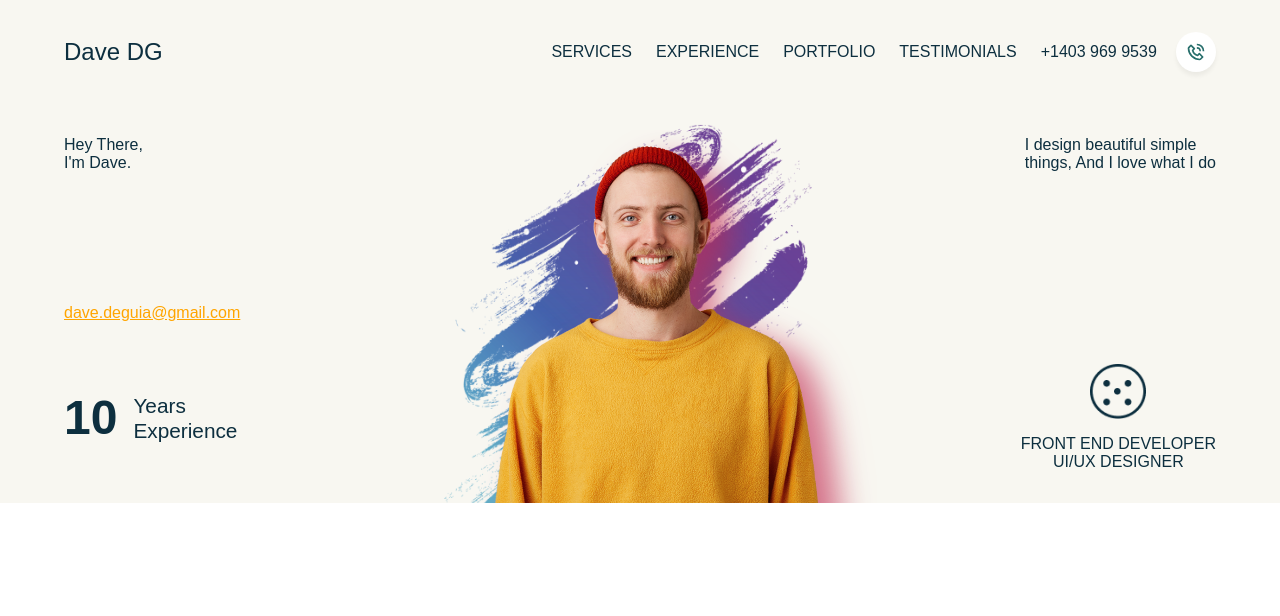
Repository: davedeguia/framer-motion-portfolio
Page: /
The author's editor kept a copy of each file at every save. The page is drawn from the files as they stood at one save, then again after the next save.
The browser window is 1280 px wide. The pictures show the whole page.
Some web fonts or font styles are not loaded; a fallback is used. The project was rebuilt for these pictures with package versions that can differ from the ones it lists, and the page was loaded fresh each time. Also part of the build but not shown: vite.config.js.

Above is the page before, as saved 2023-02-10 04:45:00.

### index.html
<!DOCTYPE html>
<html lang="en">
  <head>
    <meta charset="UTF-8" />
    <link rel="icon" type="image/svg+xml" href="/vite.svg" />
    <meta name="viewport" content="width=device-width, initial-scale=1.0" />
    <link rel="stylesheet" href="https://stijndv.com/fonts/Eudoxus-Sans.css" />
      <title>Dave DG</title>
  </head>
  <body>
    <div id="root"></div>
    <script type="module" src="/src/main.jsx"></script>
  </body>
</html>

### src/main.jsx
import React from 'react'
import ReactDOM from 'react-dom/client'
import App from './App'
import './styles/index.css'
import './styles/global.scss'

ReactDOM.createRoot(document.getElementById('root')).render(
  <React.StrictMode>
    <App />
  </React.StrictMode>
)

### src/App.jsx
import Header from './components/Header/Header'
import Hero from './components/hero/Hero'
import css from './styles/app.module.scss'

const App = () => {
  return (
    <div className={`bg-primary ${css.container}`}>
      <Header />
      <Hero />
    </div>
  )
}

export default App

### src/styles/index.css
* {
    margin: 0;
    padding: 0;
    box-sizing: border-box;
    scroll-behavior: smooth;
    font-family: "Eudoxus Sans", sans-serif;
  }

### src/styles/global.scss
@import './constants.scss';

.bg-primary {
  background: #F8F7F1;
}

.innerWidth {
  @media (min-width: $xxl) {
    max-width: 1280px;
    margin: auto;
  }

  width: 100%;
}

.paddings {
  @media (min-width: $sm) {
    padding: 4rem;
  }


  @media (min-width: $xl),
  (min-width: $md) {
    padding-top: 2rem;
    padding-bottom: 2rem;
  }

  padding-left: 1.5rem;
  padding-right: 1.5rem;
  padding-top: 1.5rem;
  padding-bottom: 1.5rem;
}



.xPaddings {
  @media (min-width: $sm) {
    padding-left: 4rem;
    padding-right: 4rem;
  }

  padding-left: 1.5rem;
  /* 24px */
  padding-right: 1.5rem;
  /* 24px */
}

.yPaddings {
  @media (min-width: $sm) {
    padding-top: 4rem;
    padding-bottom: 4rem;
  }

  @media (min-width: $xl) {
    padding-top: 2rem;
    padding-bottom: 2rem;
  }

  padding-top: 3rem;
  padding-bottom: 3rem;
}

.topPaddings {
  @media (min-width : $sm) {
    padding-top: 4rem;
  }

  @media (min-width: $xl) {
    padding-top: 2rem;
  }

  padding-top: 3rem;
}


.bottomPaddings {
  @media (min-width : $sm) {
    padding-bottom: 4rem;
  }

  @media (min-width: $xl) {
    padding-bottom: 2rem;
  }

  padding-bottom: 3rem;
}


.flexCenter {
  display: flex;
  justify-content: center;
  align-items: center;
}

.flexStart {
  display: flex;
  justify-content: start;
  align-items: center;
}

.flexEnd {
  display: flex;
  justify-items: end;
}

.primaryText {
  @media (max-width: $sm) {
    font-size: 2.5rem;
  }
  font-size: 3rem;
  font-weight: bold;
}

.secondaryText {
  @media (max-width: $sm) {
    font-size: 1.1rem;
    line-height: 40px;
  }
  line-height: 50px;
  font-size: 1.3rem;
  font-weight: 500
}
.anchor {
  display: block;
  position: relative;
  top: -100px;
  visibility: hidden;
}

### src/components/Header/Header.jsx
import React, { useState } from 'react'
import css from './Header.module.scss'
import { BiMenuAltRight, BiPhoneCall } from 'react-icons/bi'
import { motion } from 'framer-motion'
import { getMenuStyles, headerVariants } from '../../utils/motion'
import useHeaderShadow from '../../hooks/useHeaderShadow'

const Header = () => {
  const [menuOpened, setMenuOpened] = useState(false)
  const headerShadow = useHeaderShadow()
  return (
    <motion.div
      initial='hidden'
      whileInView='show'
      variants={headerVariants}
      viewport={{ once: false, amount: 0.25 }}
      className={`paddings ${css.wrapper}`}
      style={{ boxShadow: headerShadow }}
    >
      <div className={`flexCenter innerWidth ${css.container}`}>
        <div className={css.name}>Dave DG</div>
        <ul
          style={getMenuStyles(menuOpened)}
          className={`flexCenter ${css.menu}`}
        >
          <li>
            <a href=''>Services</a>
          </li>

          <li>
            <a href=''>Experience</a>
          </li>

          <li>
            <a href=''>Portfolio</a>
          </li>

          <li>
            <a href=''>Testimonials</a>
          </li>

          <li className={`flexCenter ${css.phone}`}>
            <p>+1403 969 9539</p>
            <BiPhoneCall size={'40px'} />
          </li>
        </ul>
        {/* for medium and small screens */}
        <div
          className={css.menuIcon}
          onClick={() => setMenuOpened((prev) => !prev)}
        >
          <BiMenuAltRight size={30} />
        </div>
      </div>
    </motion.div>
  )
}

export default Header

### src/components/hero/Hero.jsx
import React from 'react'
import css from './Hero.module.scss'
import { motion } from 'framer-motion'
import { staggerContainer } from '../../utils/motion'

const Hero = () => {
  return (
    <section className={`paddings ${css.wrapper}`}>
      <motion.div
        variants={staggerContainer}
        initial='hidden'
        whileInView='show'
        viewport={{ once: false, amount: 0.25 }}
        className={`innerWidth ${css.container}`}
      >
        {/* upper elements */}
        <div className={css.upperElements}>
          <span>
            Hey There, <br /> I'm Dave.
          </span>
          <span>
            I design beautiful simple <br /> things, And I love what I do
          </span>
        </div>

        {/* person image */}
        <div className={css.person}>
          <img src='./person.png' alt='' />
        </div>

        {/* email */}
        <a className={css.email} href='mailto:dave.deguia@gmail.com'>
          dave.deguia@gmail.com
        </a>

        {/* lower elements */}
        <div className={css.lowerElements}>
          <div className={css.experience}>
            <div className='primaryText'>10</div>
            <div className='secondaryText'>
              <div>Years</div>
              <div>Experience</div>
            </div>
          </div>
          <div className={css.certificate}>
            <img src='./certificate.png' alt='' />
            <span>FRONT END DEVELOPER</span>
            <span>UI/UX DESIGNER</span>
          </div>
        </div>
      </motion.div>
    </section>
  )
}

export default Hero

### src/styles/app.module.scss
@import './constants.scss';

.container{
    overflow-x: clip;
    position: relative;
    color: $primary;

}

### src/components/Header/Header.module.scss
@import './../../styles/constants.scss';

.wrapper {
    position: relative;
    z-index: 99;
    opacity: 1;
    transform: none;
    position: sticky;
    top: 0px;
    transition: all 300ms ease;

    .container {
        position: relative;
        justify-content: space-between;
        font-weight: 500;

        .name {
            font-size: 1.5rem;
            font-weight: 500;
        }

        .menu {

            @media (max-width: $sm),
            (max-width: $md) {
                position: absolute;
                list-style: none;
                gap: 2rem;
                font-weight: 500;
                flex-direction: column;
                right: 0;
                top: 3rem;
                height: calc(100vh - 6.3rem);
                width: 50%;
                min-width: 15rem;
                background: white;
                padding: 2rem;
                display: flex;
                border-radius: 10px;
                transition: all 200ms ease;
                align-items: flex-start;
                padding: 3rem;
                justify-content: flex-start;
                box-shadow: 0px 4px 4px rgba(0, 0, 0, 0.05);
            }

            text-transform: uppercase;
            font-size: 1rem;
            list-style: none;
            gap: 1.5rem;
            cursor: pointer;

            li {
                a {
                    color: inherit;
                    text-decoration: none;
                }

                &:hover {
                    color: $secondary;
                }
            }

            .phone {
                gap: 1.2rem;
                flex-wrap: wrap;

                svg {
                    color: $secondary;
                    background-color: white;
                    padding: 10px;
                    border-radius: 999px;
                    box-shadow: 0px 4px 4px rgba(0, 0, 0, 0.05);
                }
            }
        }



        .menuIcon {

            @media (max-width: $sm),
            (max-width: $md) {
                display: block;
            }

            display: none;
        }
    }
}

### src/utils/motion.js
export const headerVariants = {
  hidden: {
    opacity: 0,
    y: -50,
    transition: {
      type: 'spring',
      stiffness: 300,
      damping: 140,
    },
  },
  show: {
    opacity: 1,
    y: 0,
    transition: {
      type: 'spring',
      stiffness: 80,
      delay: 1,
    },
  },
}

export const slideIn = (direction, type, delay, duration) => ({
  hidden: {
    x: direction === 'left' ? '-100%' : direction === 'right' ? '100%' : 0,
    y: direction === 'up' ? '100%' : direction === 'down' ? '100%' : 0,
  },
  show: {
    x: 0,
    y: 0,
    transition: {
      type,
      delay,
      duration,
      ease: 'easeOut',
    },
  },
})

export const staggerContainer = (staggerChildren, delayChildren) => ({
  hidden: {},
  show: {
    transition: {
      staggerChildren,
      delayChildren,
    },
  },
})

export const textVariant = (delay) => ({
  hidden: {
    y: 50,
    opacity: 0,
  },
  show: {
    y: 0,
    opacity: 1,
    transition: {
      type: 'spring',
      duration: 1.25,
      delay,
    },
  },
})

export const textVariant2 = {
  hidden: {
    opacity: 0,
    y: 20,
  },
  show: {
    opacity: 1,
    y: 0,
    transition: {
      type: 'tween',
      ease: 'easeIn',
    },
  },
}

export const fadeIn = (direction, type, delay, duration) => ({
  hidden: {
    x: direction === 'left' ? 100 : direction === 'right' ? -100 : 0,
    y: direction === 'up' ? 100 : direction === 'down' ? -100 : 0,
    opacity: 0,
  },
  show: {
    x: 0,
    y: 0,
    opacity: 1,
    transition: {
      type,
      delay,
      duration,
      ease: 'easeOut',
    },
  },
})

export const zoomIn = (delay, duration) => ({
  hidden: {
    scale: 0,
    opacity: 0,
  },
  show: {
    scale: 1,
    opacity: 1,
    transition: {
      type: 'tween',
      delay,
      duration,
      ease: 'easeOut',
    },
  },
})

export const footerVariants = {
  hidden: {
    opacity: 0,
    y: 50,
    transition: {
      type: 'spring',
      stiffness: 300,
      damping: 140,
    },
  },
  show: {
    opacity: 1,
    y: 0,
    transition: {
      type: 'spring',
      stiffness: 80,
      delay: 0.5,
    },
  },
}

export const staggerChildren = {
  hidden: { opacity: 0 },
  show: {
    opacity: 1,
    transition: {
      staggerChildren: 0.5,
    },
  },
}

export const getMenuStyles = (menuOpened) => {
  if (document.documentElement.clientWidth <= 640) {
    return { right: !menuOpened && '-100%' }
  }
}

### src/components/hero/Hero.module.scss
@import './../../styles/constants.scss';

.wrapper {
    overflow: hidden;

    .container {
        position: relative;
        z-index: 1;

        .upperElements {
            @media (max-width: $sm) {
                justify-content: center;
                text-align: center;
                gap: 2rem;
            }
            display: flex;
            align-items: center;
            justify-content: space-between;
            flex-wrap: wrap;
        }

        .lowerElements {
            @media (max-width: $sm), (max-width: $md) {
                margin-top: 4rem;
                gap: 2rem;
                justify-content: center;
            }
            margin-top: 12rem;
            display: flex;
            flex-wrap: wrap;
            justify-content: space-between;

            .experience {
                display: flex;
                align-items: center;
                gap: 1rem;

                >:nth-child(2) {
                    line-height: 25px;
                }
            }

            .certificate {
                display: flex;
                flex-direction: column;
                align-items: center;

                img {
                    margin-bottom: 1rem;
                    width: 3.5rem;
                }
            }
        }

        .person {
            @media (max-width: $sm), (max-width: $md) {
                position: relative;
                left: 0;
                background-size: 20rem;
                display: flex;
                align-items: center;
                justify-content: center;
                background-position: bottom;
            }
            position: absolute;
            bottom: -2rem;
            margin: auto;
            background-image: url('../splash.png');
            background-repeat: no-repeat;
            background-size: 23rem;
            left: 33%;

            img {
                @media (max-width: $sm) {
                    width: 23rem;
                }
                margin-bottom: -5px;
            }
        }

        .email {
            @media (max-width: $sm) {
                position: relative;
                display: none;
            }
            position: absolute;
            top: 50%;
            color: orange;
            left: 0;
        }
    }
}

Loaded but not shown: src/styles/constants.scss (common file); src/hooks/useHeaderShadow.jsx (common file)

After the next save:
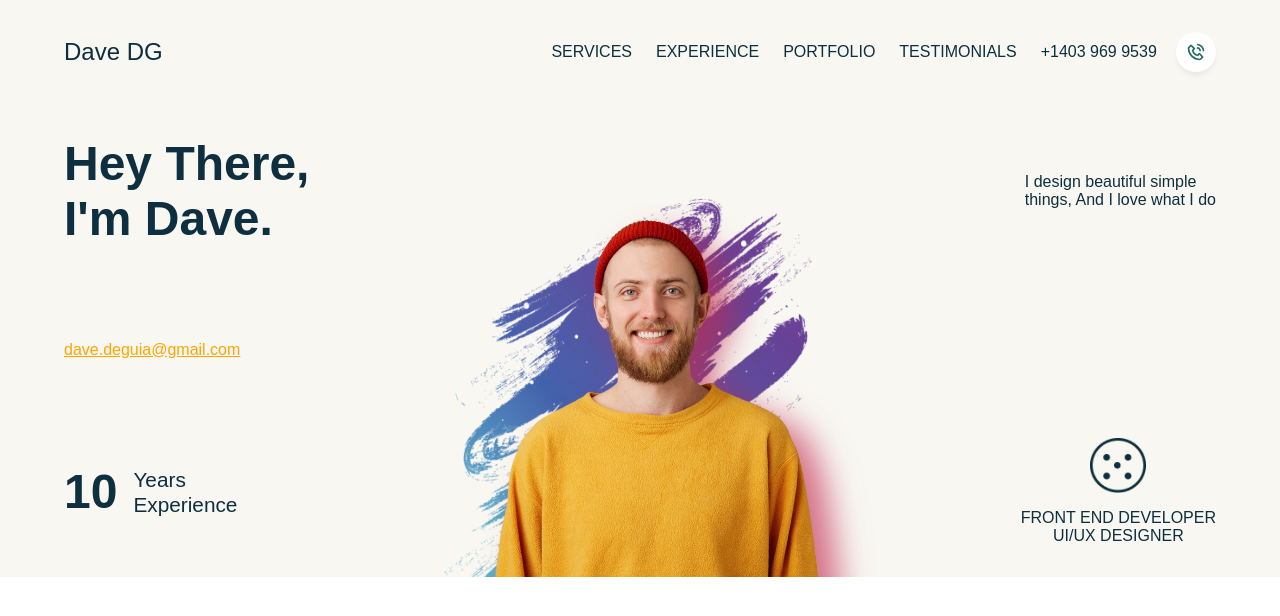
Saved 3 min 19 s later.
--- a/src/components/hero/Hero.jsx
+++ b/src/components/hero/Hero.jsx
@@ -1,7 +1,7 @@
 import React from 'react'
 import css from './Hero.module.scss'
 import { motion } from 'framer-motion'
-import { staggerContainer } from '../../utils/motion'
+import { fadeIn, staggerContainer } from '../../utils/motion'
 
 const Hero = () => {
   return (
@@ -15,9 +15,12 @@ const Hero = () => {
       >
         {/* upper elements */}
         <div className={css.upperElements}>
-          <span>
+          <motion.span
+            variants={fadeIn('right', 'tween', 0.2, 1)}
+            className='primaryText'
+          >
             Hey There, <br /> I'm Dave.
-          </span>
+          </motion.span>
           <span>
             I design beautiful simple <br /> things, And I love what I do
           </span>
